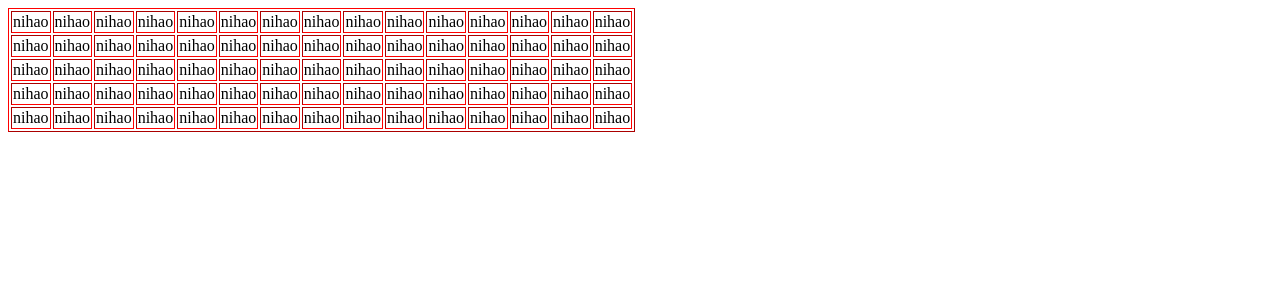
Repository: 728064001/MyProject
Page: http://localhost/CMS/test.jsp
An editor plug-in stored every save of this project. The page is shown before and after the next save, followed by the edit.
The browser window is 1280 px wide. The pictures show the whole page.
The page is served by Tomcat 9. Other server files are loaded and not shown.

Above is the page before, as saved 2013-08-05 09:59:49.

### cms-server-code/CMS/WebRoot/test.jsp
<%@ page language="java" import="java.util.*" pageEncoding="UTF-8"%>
<%
String path = request.getContextPath();
String basePath = request.getScheme()+"://"+request.getServerName()+":"+request.getServerPort()+path+"/";
%>

<!DOCTYPE HTML PUBLIC "-//W3C//DTD HTML 4.01 Transitional//EN">
<html>
  <head>
    <base href="<%=basePath%>">

    <title>jquery创建表格</title>

	<meta http-equiv="pragma" content="no-cache">
	<meta http-equiv="cache-control" content="no-cache">
	<meta http-equiv="expires" content="0">
	<meta http-equiv="keywords" content="keyword1,keyword2,keyword3">
	<meta http-equiv="description" content="This is my page">
	<!--
	<link rel="stylesheet" type="text/css" href="styles.css">
	-->
		<script type="text/javascript" src="js/jquery-1.10.1.js">	</script>
	</head>

	<body>
		<script type="text/javascript">
	$(function(){
			var dom_table = $("<table></table>");
			dom_table.attr("border","1px");
			dom_table.attr("id","tab");
			dom_table.css("border-color","red","border-width","1px","border-style","solid");
		    for (var j = 0; j < 5; j++) {
		        var dom_tr = $('<tr></tr>');
		        for (var i = 0; i < 15; i++) {
		            var dom_td = $("<td>nihao</td>");
		            dom_tr.append(dom_td);
		        }
		        dom_table.append(dom_tr);
		    }
		    $("#t").append(dom_table);
	});
		</script>
		<div id="t" ></div>
	</body>
</html>

Loaded but not shown: cms-server-code/CMS/WebRoot/js/jquery-1.10.1.js (library)

After the next save:
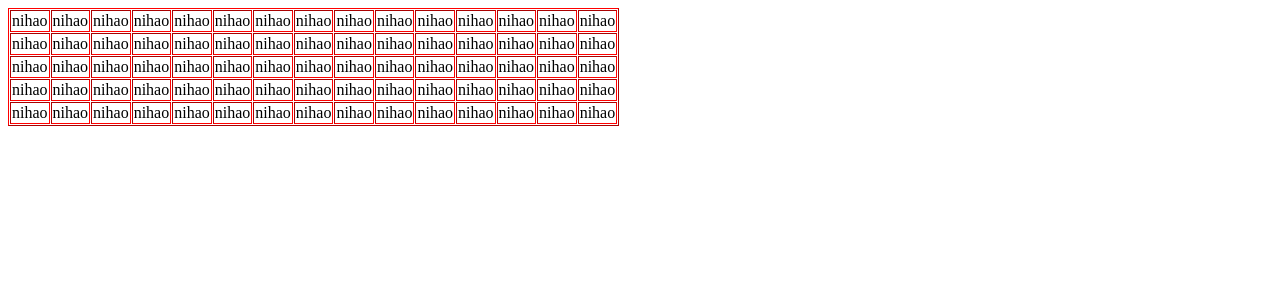
Saved 24 s later.
--- a/cms-server-code/CMS/WebRoot/test.jsp
+++ b/cms-server-code/CMS/WebRoot/test.jsp
@@ -27,6 +27,7 @@
 	$(function(){
 			var dom_table = $("<table></table>");
 			dom_table.attr("border","1px");
+			dom_table.attr("cellspacing","1px");
 			dom_table.attr("id","tab");
 			dom_table.css("border-color","red","border-width","1px","border-style","solid");
 		    for (var j = 0; j < 5; j++) {

After the save that followed:
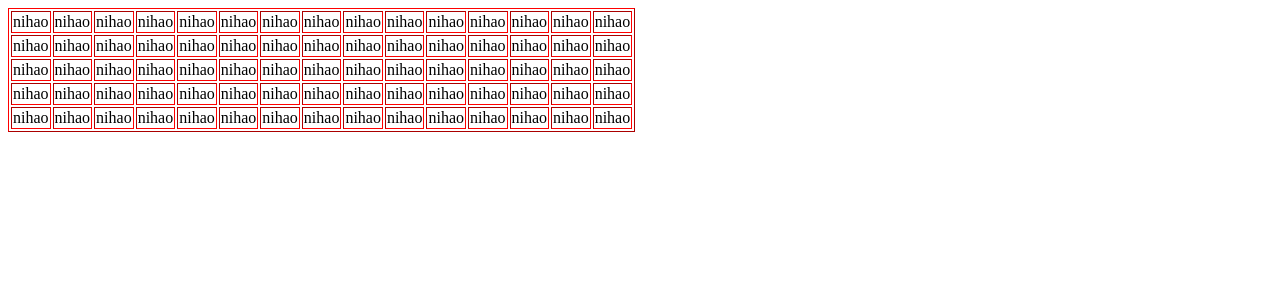
Saved 24 s later.
--- a/cms-server-code/CMS/WebRoot/test.jsp
+++ b/cms-server-code/CMS/WebRoot/test.jsp
@@ -27,7 +27,6 @@
 	$(function(){
 			var dom_table = $("<table></table>");
 			dom_table.attr("border","1px");
-			dom_table.attr("cellspacing","1px");
 			dom_table.attr("id","tab");
 			dom_table.css("border-color","red","border-width","1px","border-style","solid");
 		    for (var j = 0; j < 5; j++) {
